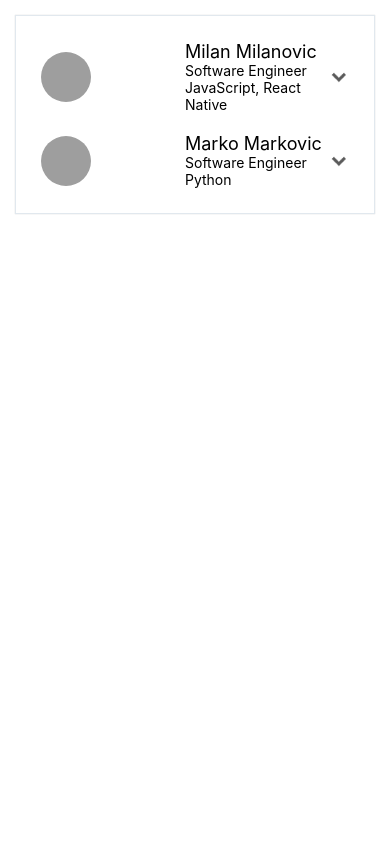
Repository: likanbl/intern-feature
Screen: /
An editor plug-in stored every save of this project. The screen is shown before and after the next save, followed by the edit.
Pictures or frames that could not be fetched are drawn as grey boxes. The app was drawn by React Native's web renderer in a window 390 px wide. The project was rebuilt for these pictures with package versions that can differ from the ones it lists, and the page was loaded fresh each time.

Above is the screen before, as saved 2019-09-13 14:32:11.

After the next save:
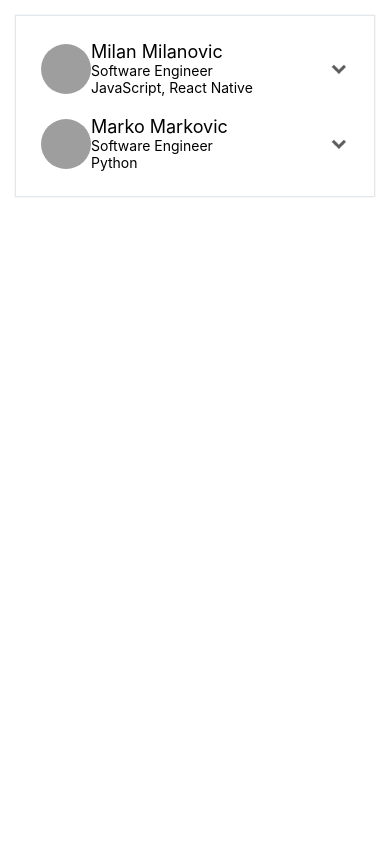
Saved 4 min 20 s later.
--- a/src/components/home/HomeItem.js
+++ b/src/components/home/HomeItem.js
@@ -37,7 +37,7 @@ class HomeItem extends Component {
       <View style={styles.container}>
         <TouchableWithoutFeedback onPress={this.onPress}>
           <View style={styles.titleContainer}>
-            <View style={styles.nameRole}>
+            <View>
               <Avatar
                 size="medium"
                 rounded
